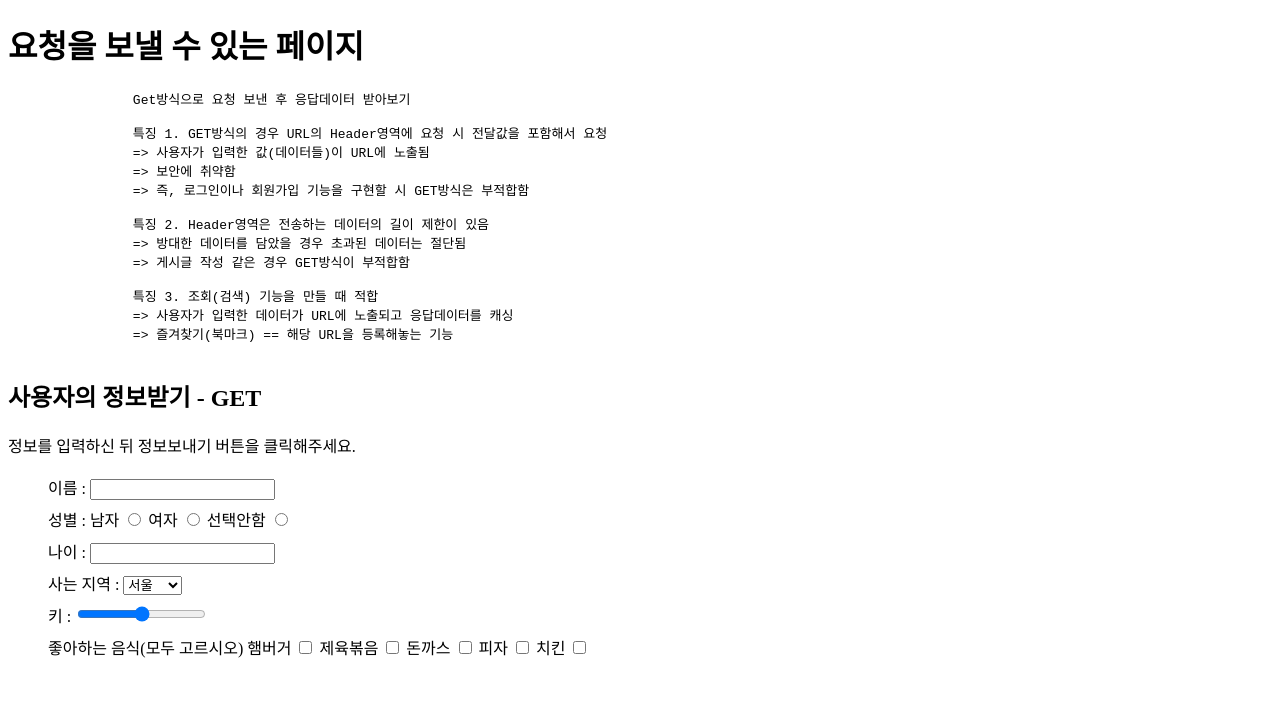
Repository: rlaehqkf/java_practice
Page: MyFirstWebProject/src/main/webapp/views/request_get.html
An editor plug-in stored every save of this project. The page is shown before and after the next save, followed by the edit.
The browser window is 1280 px wide. The pictures show the whole page.

Above is the page before, as saved 2026-05-04 05:19:57.

### MyFirstWebProject/src/main/webapp/views/request_get.html
<!DOCTYPE html>
<html>
<head>
<meta charset="UTF-8">
<title>요청을 보내야겠다~~</title>
<style>
	ul{
		list-style : none;
		line-height : 200%;
	}

</style>



</head>
<body>

	<h1>요청을 보낼 수 있는 페이지</h1>

	<pre>
		Get방식으로 요청 보낸 후 응답데이터 받아보기

		특징 1. GET방식의 경우 URL의 Header영역에 요청 시 전달값을 포함해서 요청
		=> 사용자가 입력한 값(데이터들)이 URL에 노출됨
		=> 보안에 취약함
		=> 즉, 로그인이나 회원가입 기능을 구현할 시 GET방식은 부적합함

		특징 2. Header영역은 전송하는 데이터의 길이 제한이 있음
		=> 방대한 데이터를 담았을 경우 초과된 데이터는 절단됨
		=> 게시글 작성 같은 경우 GET방식이 부적합함

		특징 3. 조회(검색) 기능을 만들 때 적합
		=> 사용자가 입력한 데이터가 URL에 노출되고 응답데이터를 캐싱
		=> 즐겨찾기(북마크) == 해당 URL을 등록해놓는 기능
	</pre>

	<h2> 사용자의 정보받기 - GET </h2>
	<p>정보를 입력하신 뒤 정보보내기 버튼을 클릭해주세요.</p>

	<form method="get">
		<ul>
			<li>
				이름 : <input type="text" name="name"/>
			</li>
			<li>
				성별 :
				남자 <input type="radio" name="gender" value="남자" />
				여자 <input type="radio" name="gender" value="여자" />
				선택안함 <input type="radio" name="gender" value="선택 안 함" />
			</li>
			<li>
				나이 : <input type="number" name="age" />
			</li>
			<li>
				사는 지역 :
				<select name="city">
					<option>서울</option>
					<option value="제주도">제주도</option>
				</select>
			</li>
			<li>
				키 : <input type="range" min="130" max="220" name="height" />
			</li>
			<li>
				좋아하는 음식(모두 고르시오)
				햄버거 <input type="checkbox" name="food" value="" />
				제육볶음 <input type="checkbox" name="food" value="" />
				돈까스 <input type="checkbox" name="food" value="" />
				피자 <input type="checkbox" name="food" value="" />
				치킨 <input type="checkbox" name="food" value="" />
			</li>
			<li>

			</li>
			<li>

			</li>
		</ul>
	</form>













</body>
</html>

After the next save:
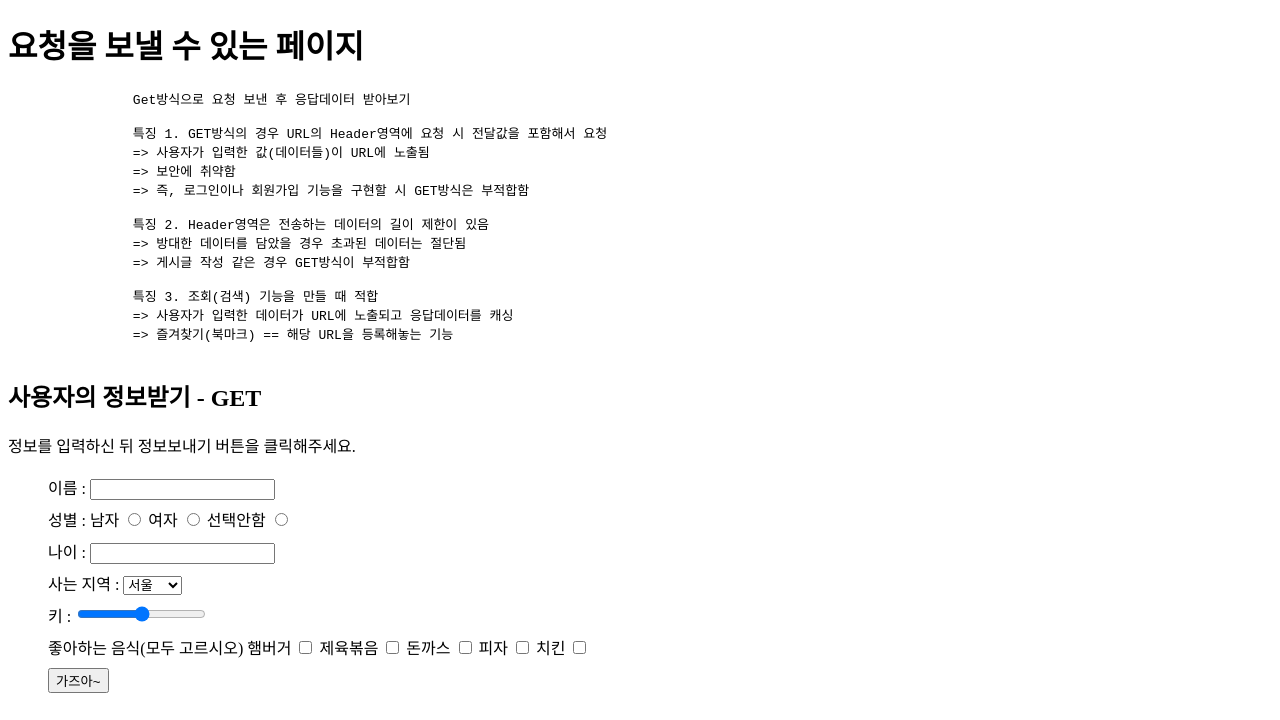
Saved 43 s later.
--- a/MyFirstWebProject/src/main/webapp/views/request_get.html
+++ b/MyFirstWebProject/src/main/webapp/views/request_get.html
@@ -64,14 +64,14 @@
 			</li>
 			<li>
 				좋아하는 음식(모두 고르시오)
-				햄버거 <input type="checkbox" name="food" value="" />
-				제육볶음 <input type="checkbox" name="food" value="" />
-				돈까스 <input type="checkbox" name="food" value="" />
-				피자 <input type="checkbox" name="food" value="" />
-				치킨 <input type="checkbox" name="food" value="" />
+				햄버거 <input type="checkbox" name="food" value="햄버거" />
+				제육볶음 <input type="checkbox" name="food" value="제육볶음" />
+				돈까스 <input type="checkbox" name="food" value="돈까스" />
+				피자 <input type="checkbox" name="food" value="피자" />
+				치킨 <input type="checkbox" name="food" value="치킨" />
 			</li>
 			<li>
-
+				<button>가즈아~</button>
 			</li>
 			<li>
 
